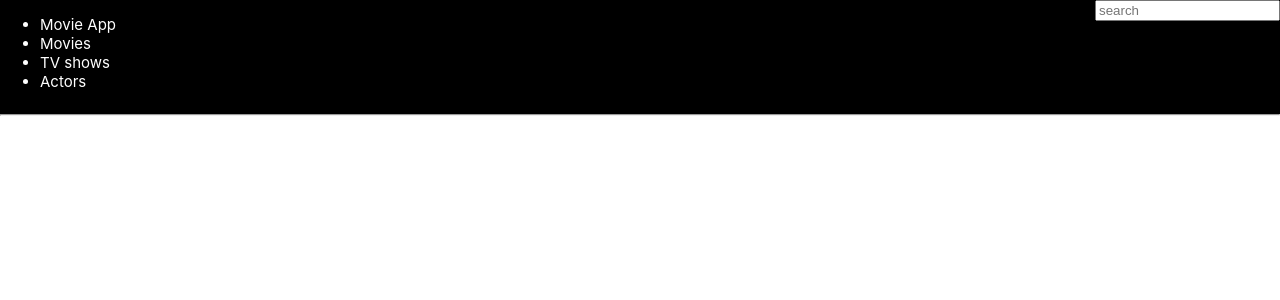
Repository: manahiang/MovieMana
Page: / (app in src/)
An editor plug-in stored every save of this project. The page is shown before and after the next save, followed by the edit.
The browser window is 1280 px wide. The pictures show the whole page.
The project was rebuilt for these pictures with package versions that can differ from the ones it lists, and the page was loaded fresh each time. Also part of the build but not shown: src/src/App.css.

Above is the page before, as saved 2022-11-14 10:39:54.

After the next save:
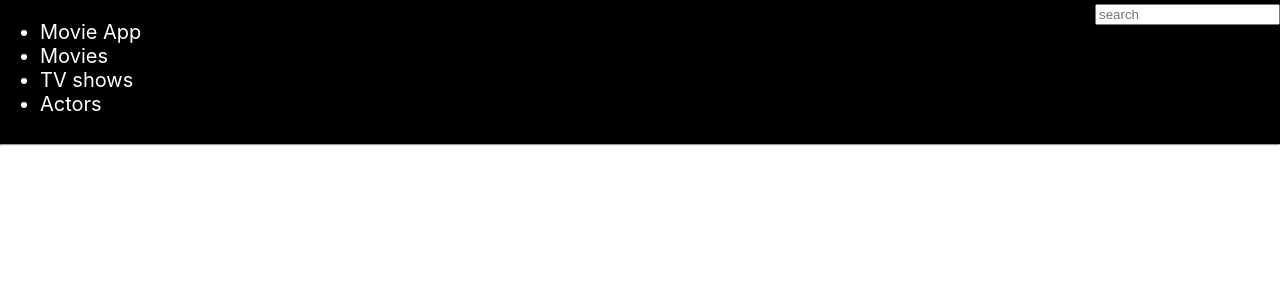
Saved 5 s later.
--- a/src/src/index.css
+++ b/src/src/index.css
@@ -15,5 +15,5 @@ body {
 .navbar{
   display: flex;
   justify-content: space-between;
-  font-size: 15px;
+  font-size: 20px;
 }
